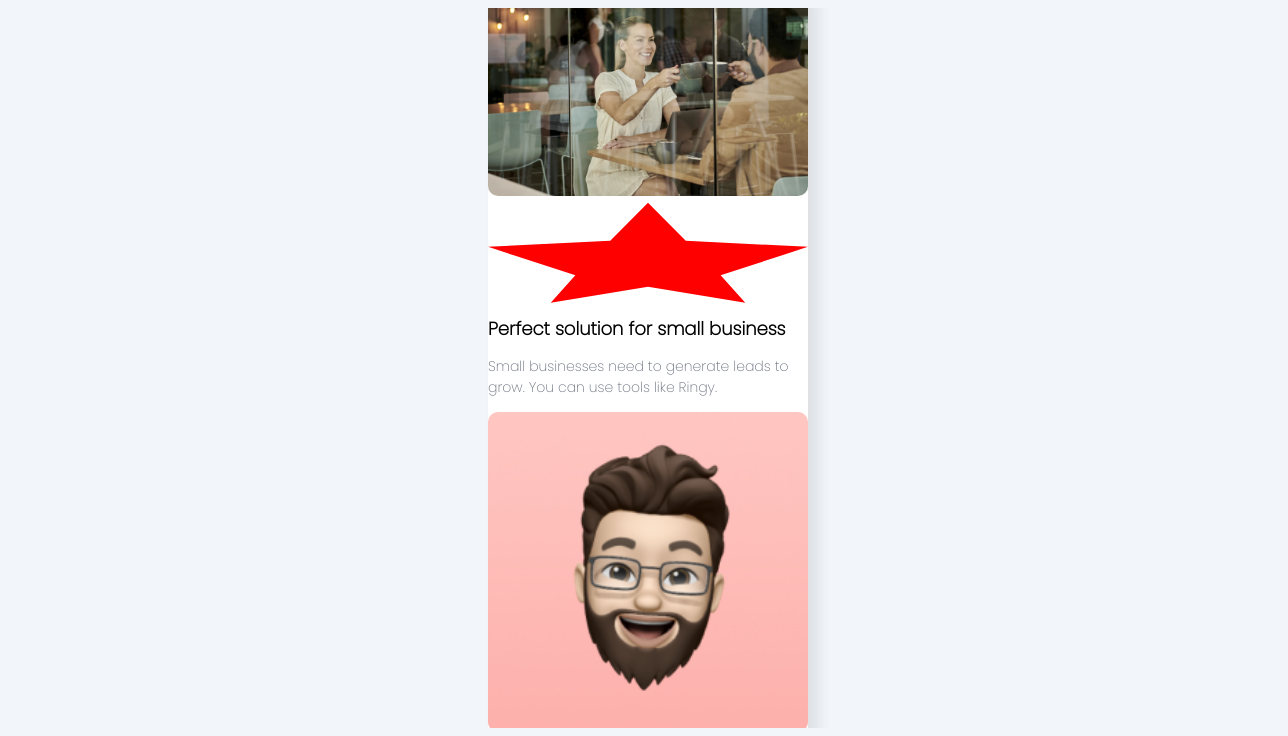
Repository: massndongo/business-blog-card
Page: index.html
An editor plug-in stored every save of this project. The page is shown before and after a run of saves, followed by the edit.
The browser window is 1280 px wide. The page is 1288 px wide, so the pictures cover 1288 px, including what lies to the right of the window. The pictures show the whole page.

Above is the page before, as saved 2023-11-08 03:45:43.

### index.html
<!DOCTYPE html>
<html lang="en">
<head>
    <meta charset="UTF-8">
    <meta name="viewport" content="width=device-width, initial-scale=1.0">
    <link rel="stylesheet" href="css/styles.css">
    <title>Responsive Web Developer Starter - devchallenges.io</title>
    <link rel="icon" href="images/favicon.ico" type="image/x-icon" sizes="any">
</head>
<body>
    <div class="card">
        <img src="images/hero-image-business-card.png" alt="" srcset="">
        <div class="wavy"></div>
        <h1 class="title">Perfect solution for small business</h1>
        <p class="corps">Small businesses need to generate leads to grow. You can use tools like Ringy.</p>
        <hr>
        <div class="small">
            <img src="images/avatar-image-business-card.png" alt="" srcset="">
            <div>
                <span>Amy Burgess</span>
                <span>Customer Manage, Solution Oy</span>
            </div>
        </div>
    </div>
</body>
</html>

### css/styles.css
@import url('https://fonts.googleapis.com/css2?family=Poppins:wght@200&display=swa');

* {
    box-sizing: border-box;
    font-family: 'Poppins', sans-serif;
    overflow: hidden;
}

/* Add some styles for body*/
body {
    width: 100%;
    height: 100vh;
    background-color: #F2F5F9;
    display: flex;
    justify-content: center;
    align-items: center;

}

.card{
    position: relative;
    flex-direction: column;
    background-color: #FFFFFF;
    box-shadow: 10px 10px 15px 0px rgba(0, 0, 0, 0.09);
    width: 25%;
    height: auto;
    border-radius: 15px;
}
.card img{
    width: 100%;
    border-radius: 10px;
}
.wavy{
    height: 100px;
    background-color: red;
    clip-path: polygon(50% 0%, 61.8% 38.2%, 100% 44.2%, 72.7% 72.7%, 80.4% 100%, 50% 84.2%, 19.6% 100%, 27.3% 72.7%, 0% 44.2%, 38.2% 38.2%);
}
.title{
    font-size: 18px;

}
.corps{
    font-size: 14px;

}
.small{
    position: relative;
    font-size: 12px;
}
.corps, .small, hr{
    color: #6C727F
}
hr{
    width: 100%;
    height: 1px;
    position: absolute;
    bottom: 9%;
    left: 0;
    right: 0;
    background-color: #6c727f85;
}

@media screen and (max-width: 768px) {
    .card {
        width: 90%;
    }
}

After the next 3 saves:
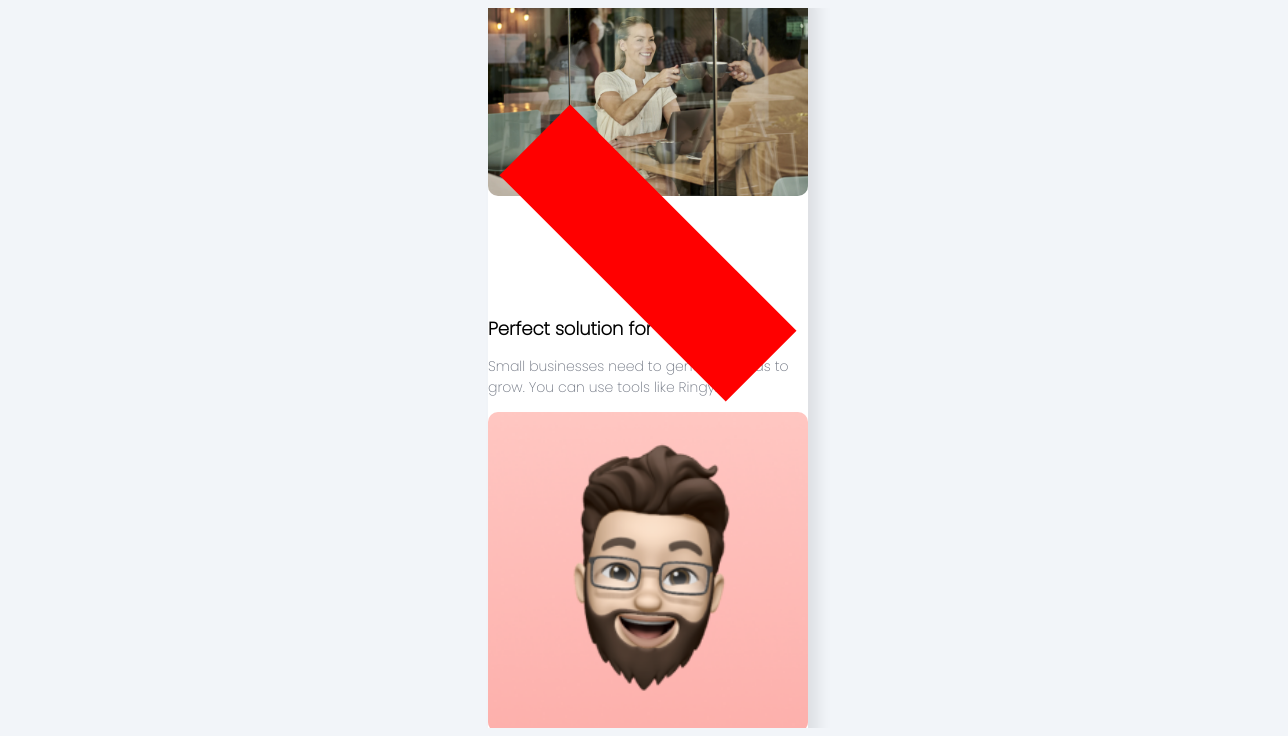
The 3 saves are shown as one change because they came seconds apart.
The last was saved 36 s later.
--- a/css/styles.css
+++ b/css/styles.css
@@ -33,7 +33,9 @@ body {
 .wavy{
     height: 100px;
     background-color: red;
-    clip-path: polygon(50% 0%, 61.8% 38.2%, 100% 44.2%, 72.7% 72.7%, 80.4% 100%, 50% 84.2%, 19.6% 100%, 27.3% 72.7%, 0% 44.2%, 38.2% 38.2%);
+    /* clip-path: polygon(50% 0%, 61.8% 38.2%, 100% 44.2%, 72.7% 72.7%, 80.4% 100%, 50% 84.2%, 19.6% 100%, 27.3% 72.7%, 0% 44.2%, 38.2% 38.2%); */
+
+    transform: rotate(45deg);
 }
 .title{
     font-size: 18px;
